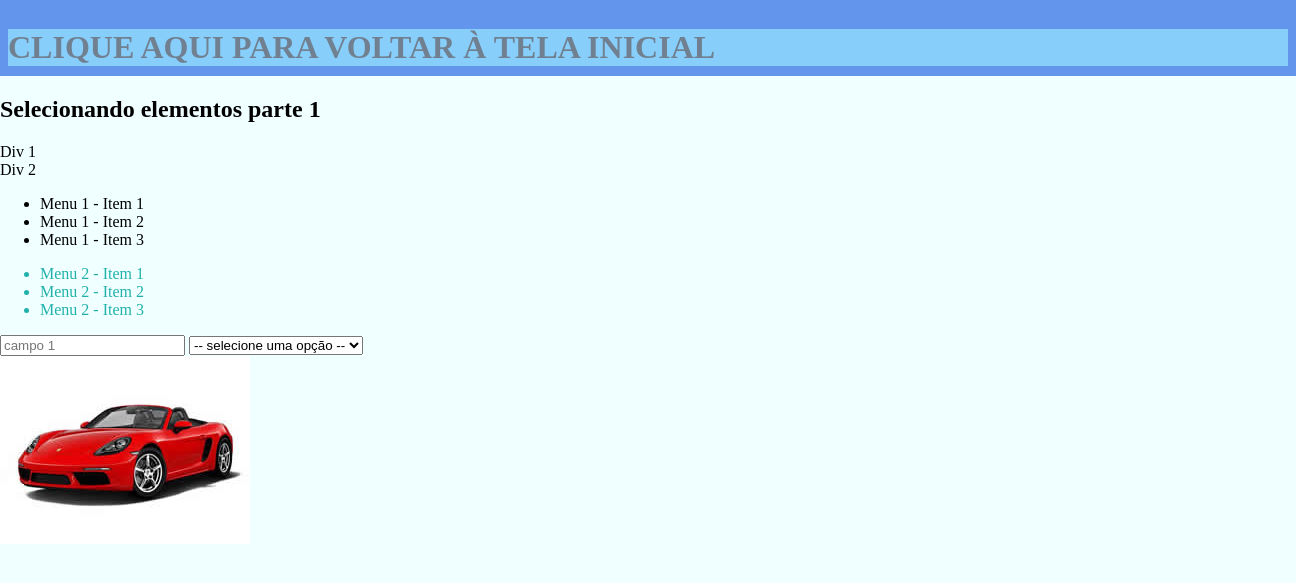
Repository: 2001mariana/jquery
Page: select-elements-part1.html
The author's editor kept a copy of each file at every save. The page is drawn from the files as they stood at one save, then again after a run of saves.
The browser window is 1280 px wide. The page is 1296 px wide, so the pictures cover 1296 px, including what lies to the right of the window. The pictures show the whole page.

Above is the page before, as saved 2022-08-04 15:14:01.

After the next 2 saves:
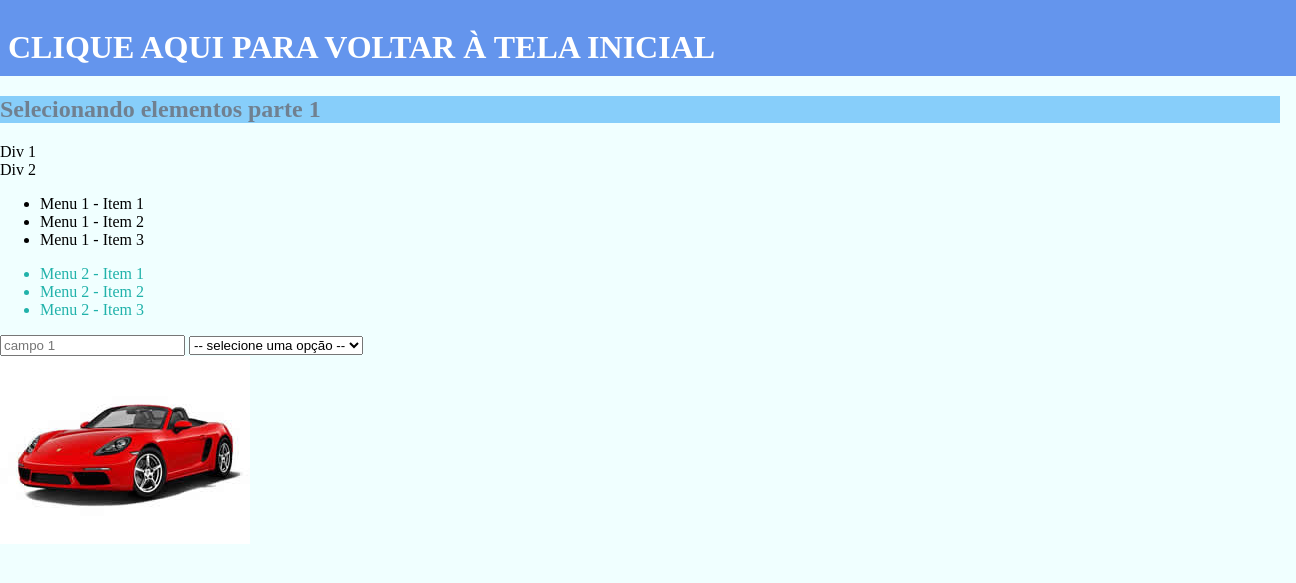
The 2 saves are shown as one change because they came seconds apart.
The last was saved 7 s later.
--- a/select-elements-part1.html
+++ b/select-elements-part1.html
@@ -50,8 +50,8 @@ console.log($('p'))
 console.log($('.diversos2'))
 console.log($('#menu1'))
 
-    $('h1').css("background-color", "#87CEFA")
-    $('h1').css("color", "	#708090")
+    $('h2').css("background-color", "#87CEFA")
+    $('h2').css("color", "	#708090")
     $('.itemMenu2').css("color", "#20B2AA")
 
 </script>
